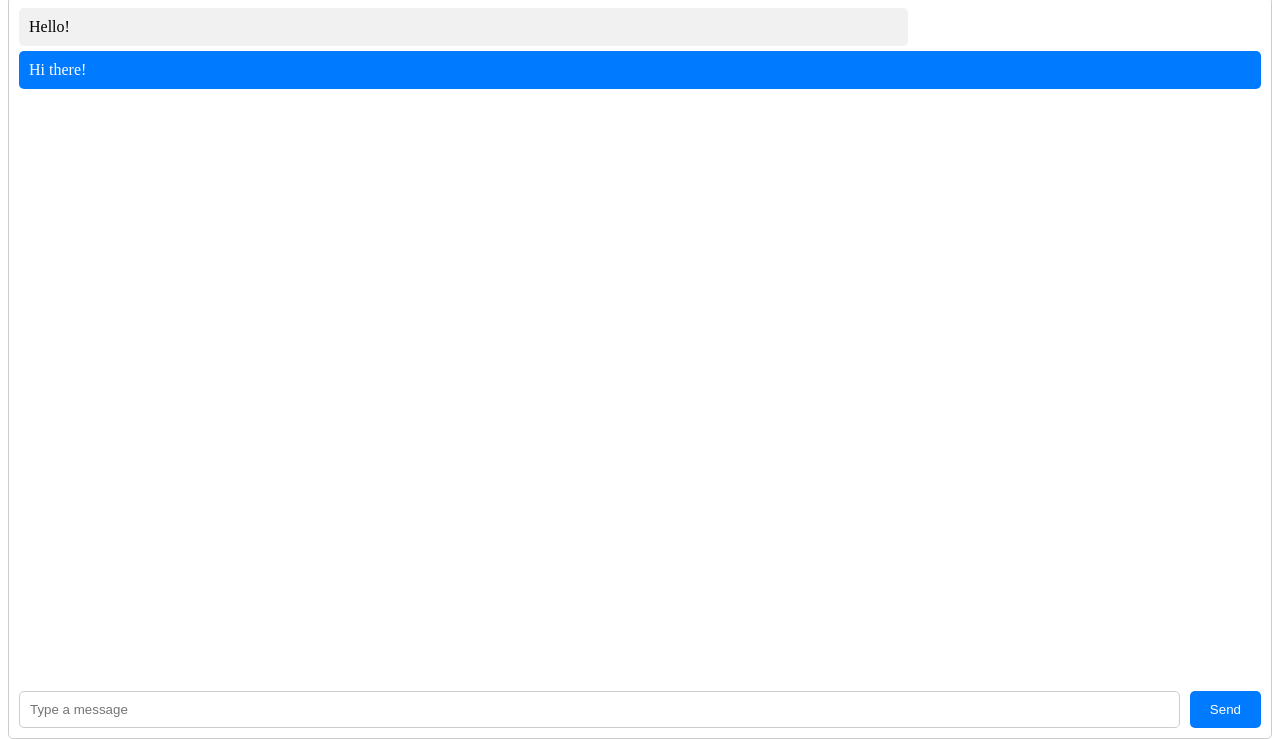
Repository: CryptoFamilyNFT/develhope
Page: / (app in vite/v1/)
These files come from the project's save history. The page is drawn as it stood at one moment and after the next save; the edit follows.
The browser window is 1280 px wide. The pictures show the whole page.
The project was rebuilt for these pictures with package versions that can differ from the ones it lists, and the page was loaded fresh each time. Also part of the build but not shown: vite/v1/vite.config.js.

Above is the page before, as saved 2025-02-12 10:41:55.

### vite/v1/src/App.jsx
//import { Button } from "./components/Button";
//import { Counter } from "./components/Counter";
//import { Clock, Counter2 } from "./components/Counter2";
import Chat from "./components/Chat";
//import MouseClicker from "./components/MouseClicker";


function App() {

  return (
    <div style={{
      width: "100%",
      height: "100vh",
      alignItems: "center",
      display: "flex",
      justifyContent: "center",
      gap: 100
    }}>
      {/*
      <div>
        <Button onClick={() => alert(new Date().toLocaleString())}>Click me!</Button>
      </div>
      <Counter />
      <Counter2 />
      <Clock />
      <MouseClicker />
      */}
      <Chat />
    </div>
  );
}

export default App;

### vite/v1/src/components/Chat.jsx
/* eslint-disable no-unused-vars */
import React, { useState } from 'react';

const styles = {
    chatContainer: {
        display: 'flex',
        flexDirection: 'column',
        height: '100%',
        width: '100%',
        border: '1px solid #ccc',
        borderRadius: '5px',
        padding: '10px',
    },
    messages: {
        flex: 1,
        overflowY: 'auto',
        marginBottom: '10px',
    },
    message: {
        padding: '10px',
        borderRadius: '5px',
        marginBottom: '5px',
    },
    received: {
        backgroundColor: '#f1f1f1',
        alignSelf: 'flex-start',
        maxWidth: '70%'
    },
    sent: {
        backgroundColor: '#007bff',
        color: '#fff',
        alignSelf: 'flex-end',
    },
    inputContainer: {
        display: 'flex',
    },
    input: {
        flex: 1,
        padding: '10px',
        borderRadius: '5px',
        border: '1px solid #ccc',
        marginRight: '10px',
    },
    button: {
        padding: '10px 20px',
        borderRadius: '5px',
        border: 'none',
        backgroundColor: '#007bff',
        color: '#fff',
        cursor: 'pointer',
    },
};

const Chat = () => {
    const [messages, setMessages] = useState([
        { text: 'Hello!', sender: 'received' },
        { text: 'Hi there!', sender: 'sent' },
    ]);
    const [input, setInput] = useState('');

    const handleSend = () => {
        if (input.trim()) {
            setMessages([...messages, { text: input, sender: 'sent' }]);
            setInput('');
        }
    };

    return (
        <div style={styles.chatContainer}>
            <div style={styles.messages}>
                {messages.map((message, index) => (
                    <div
                        key={index}
                        style={{
                            ...styles.message,
                            ...(message.sender === 'received' ? styles.received : styles.sent),
                        }}
                    >
                        {message.text}
                    </div>
                ))}
            </div>
            <div style={styles.inputContainer}>
                <input
                    type="text"
                    value={input}
                    onChange={(e) => setInput(e.target.value)}
                    placeholder="Type a message"
                    style={styles.input}
                />
                <button onClick={handleSend} style={styles.button}>
                    Send
                </button>
            </div>
        </div>
    );
};

export default Chat;

Loaded but not shown: vite/v1/index.html (common file); vite/v1/src/index.jsx (common file)

After the next save:
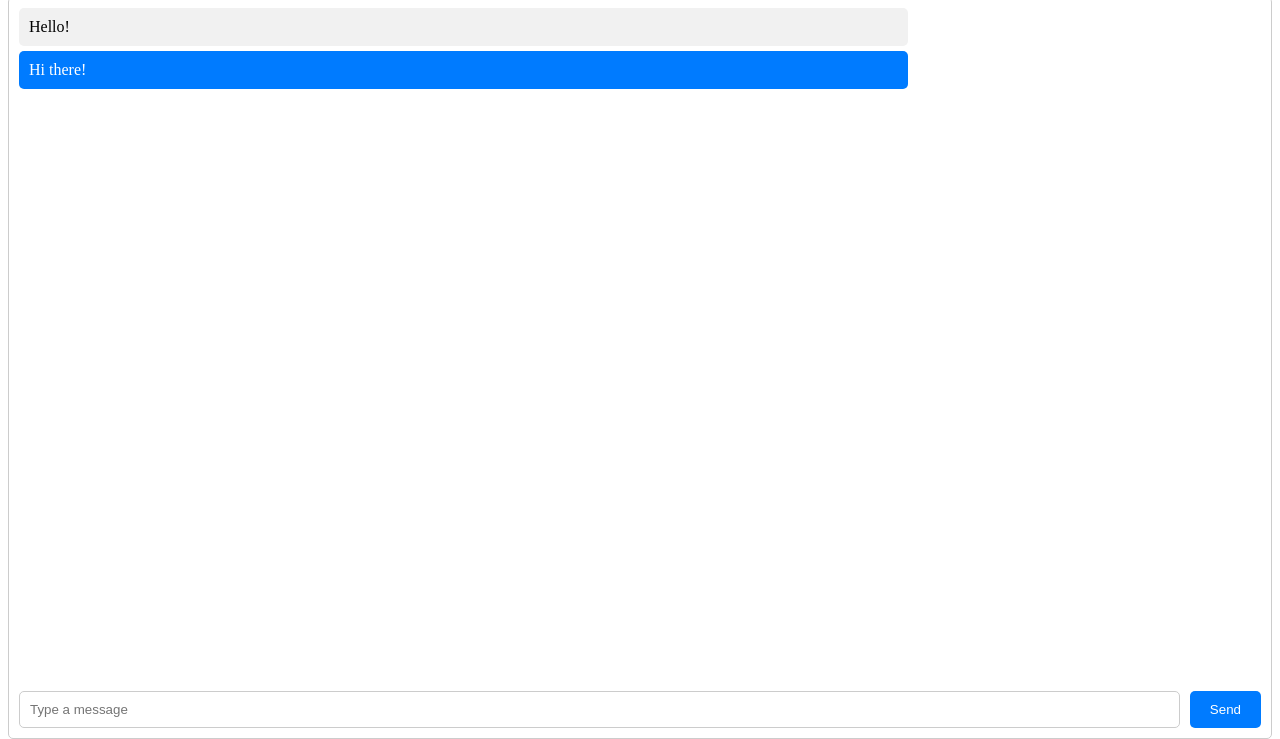
Saved 9 s later.
--- a/vite/v1/src/components/Chat.jsx
+++ b/vite/v1/src/components/Chat.jsx
@@ -30,6 +30,8 @@
         backgroundColor: '#007bff',
         color: '#fff',
         alignSelf: 'flex-end',
+        maxWidth: '70%'
+
     },
     inputContainer: {
         display: 'flex',

After the 3 saves that followed:
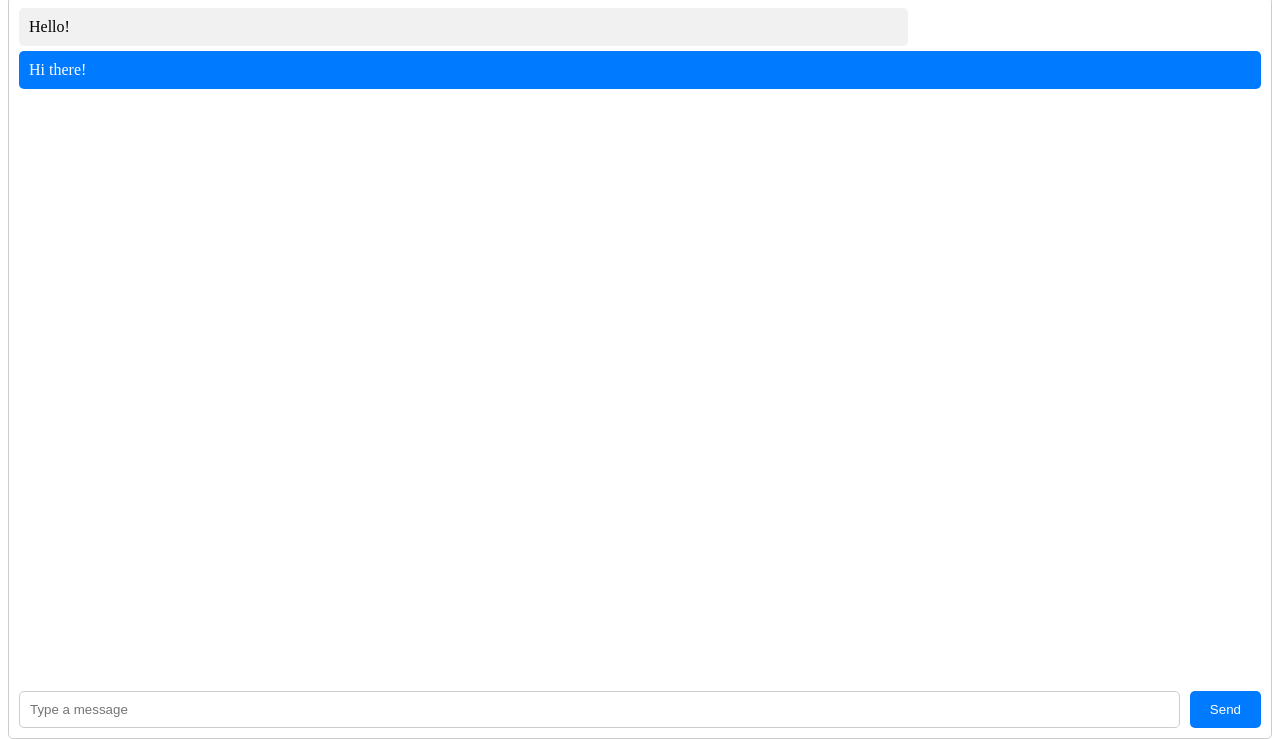
The 3 saves are shown as one change because 2 left the picture as it was.
The last was saved 53 s later.
--- a/vite/v1/src/components/Chat.jsx
+++ b/vite/v1/src/components/Chat.jsx
@@ -30,8 +30,6 @@
         backgroundColor: '#007bff',
         color: '#fff',
         alignSelf: 'flex-end',
-        maxWidth: '70%'
-
     },
     inputContainer: {
         display: 'flex',
